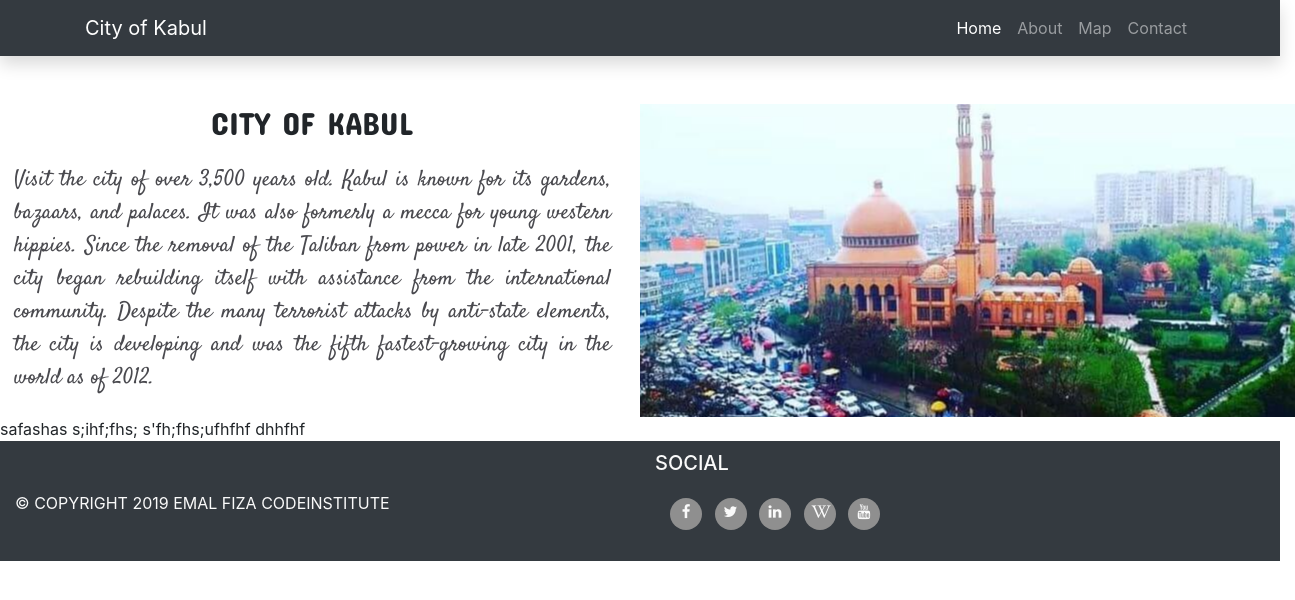
Repository: emalfiza/project-kabul
Page: about.html
The author's editor kept a record of every edit. The page is drawn from the files as they stood at one moment, then again after the next edit.
The browser window is 1280 px wide. The page is 1295 px wide, so the pictures cover 1295 px, including what lies to the right of the window. The pictures show the whole page.

Above is the page before.

After the next edit:
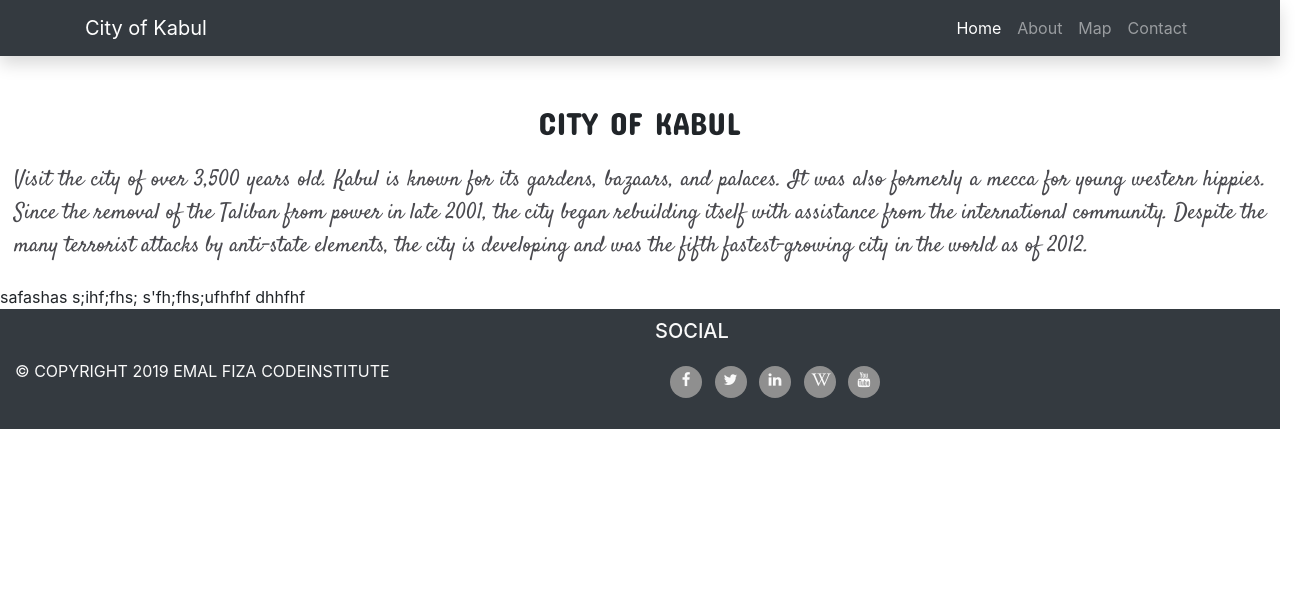
The edit:
--- a/about.html
+++ b/about.html
@@ -49,7 +49,7 @@
 
   <section class="conrainer-fluid">
     <div class="row">
-      <div class="col-md-6">
+      <div class="col-sm-12">
         <h2 class="section-heading uppercase">City of Kabul</h2>
         <p class="section-paragraph">
           Visit the city of over 3,500 years old. Kabul is known for its gardens, bazaars, and palaces. It was also formerly a mecca for young western hippies. Since the removal of the Taliban from power in late 2001, the city began rebuilding itself with assistance
